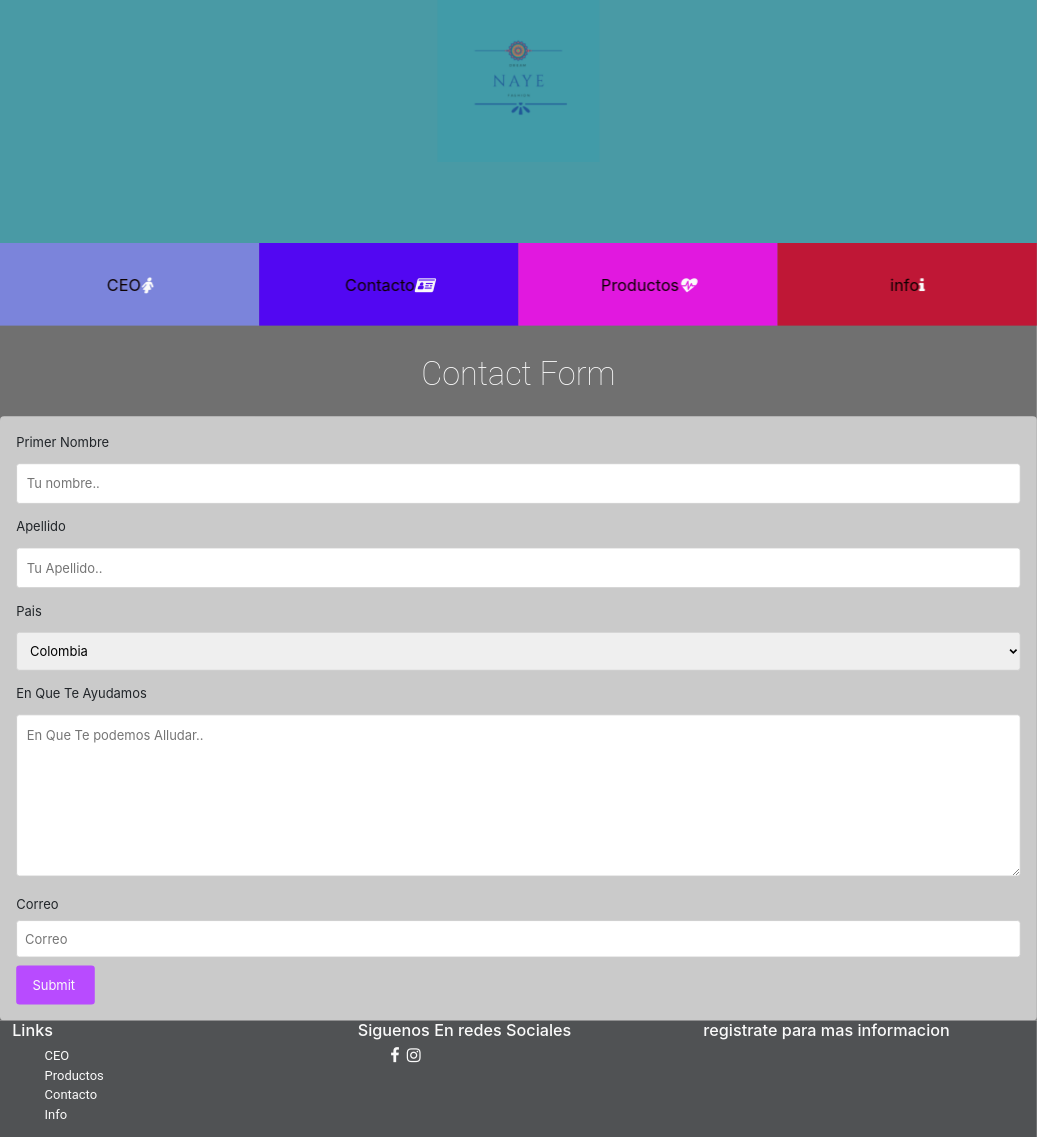
Repository: cachimiro/1-mile-stone-project
Page: contactos.html
The author's editor kept a record of every edit. The page is drawn from the files as they stood at one moment, then again after the next edit.
The browser window is 1280 px wide. The pictures show the whole page, at 81% of full size.
Some web libraries are served in a nearby version.

Above is the page before.

After the next edit:
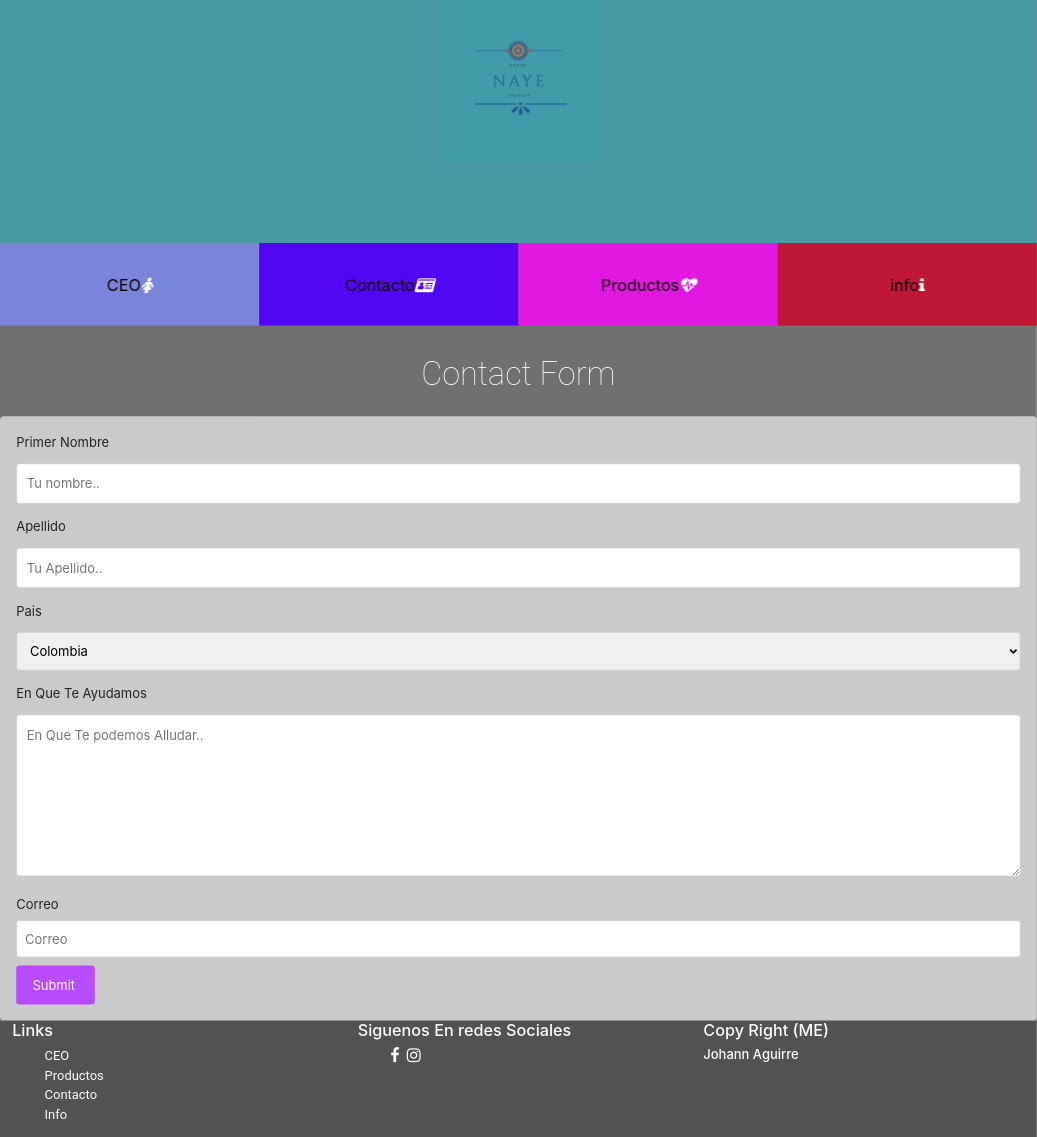
The edit:
--- a/contactos.html
+++ b/contactos.html
@@ -141,7 +141,9 @@
                 </ul>
             </div>
             <div class="col-sm-4">
-                <h5 class="uppercase general-sub"> registrate para mas informacion</h5>
+                <h5 class="uppercase general-sub"> Copy Right (ME)</h5>
+                <h6>Johann Aguirre</h6>
+
 
 
 
